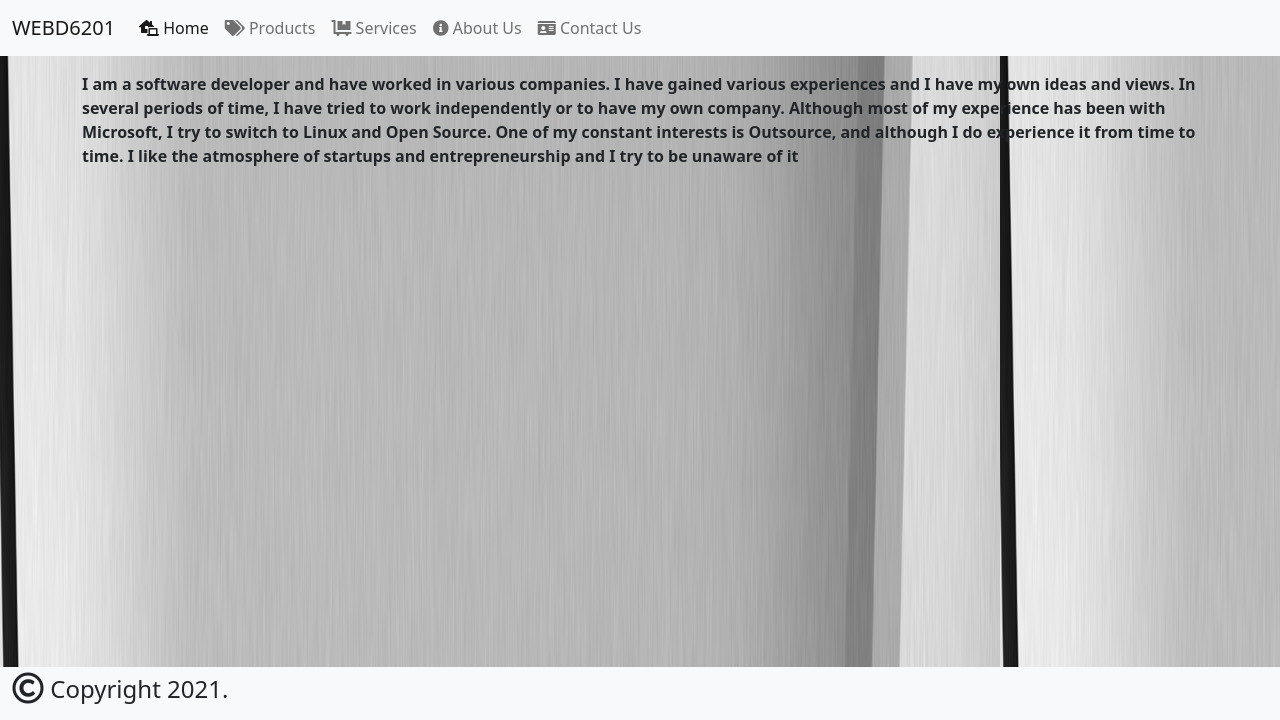
Repository: MuzhdaEhsan/WEBD6201-W2021-Lab1
Page: index.html
An editor plug-in stored every save of this project. The page is shown before and after the next save, followed by the edit.
The browser window is 1280 px wide. The pictures show the whole page.

Above is the page before, as saved 2021-02-05 20:58:31.

After the next save:
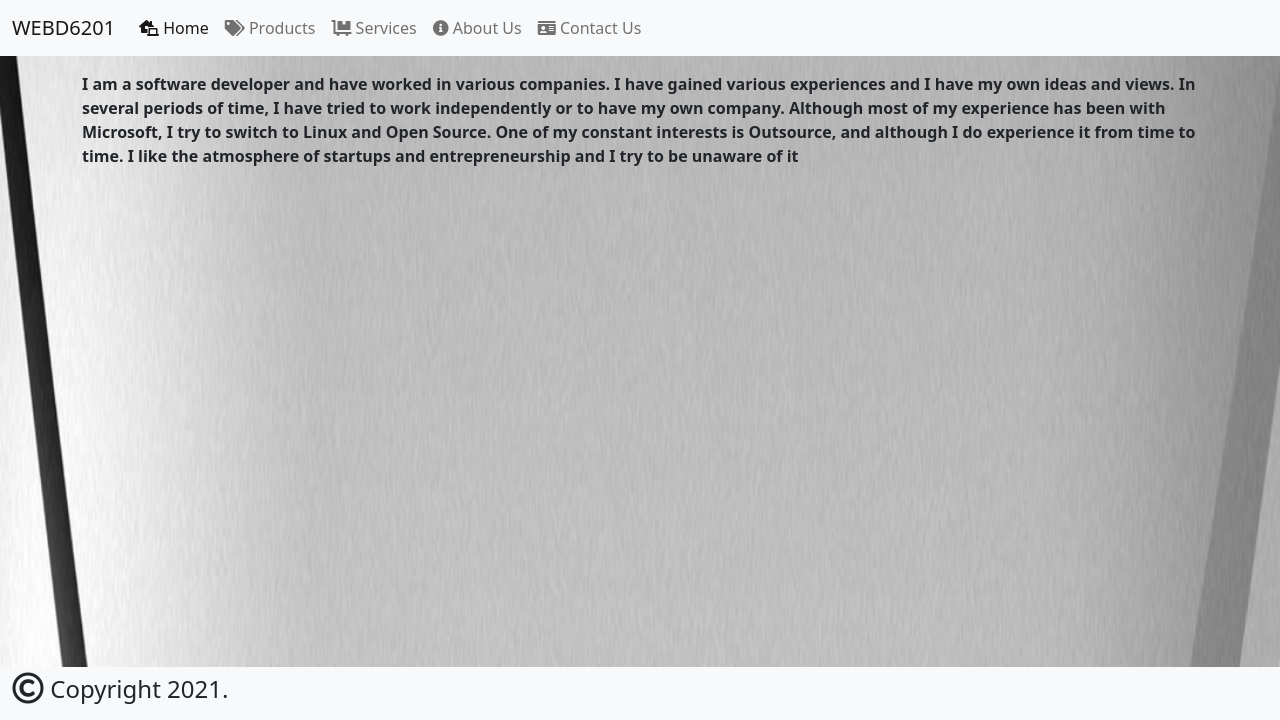
Saved 18 s later.
--- a/Scripts/app.js
+++ b/Scripts/app.js
@@ -31,7 +31,7 @@
 {
     function displayHome()
     {
-      let imageSize = "1000px 30000px";
+      let imageSize = "1500px 7000px";
       let imageUrl2 = `url('./grayImage.png')`;
       //document.body.style.backgroundImage = "url('./download.jpg')";
       let bodyImage = document.body.style;
